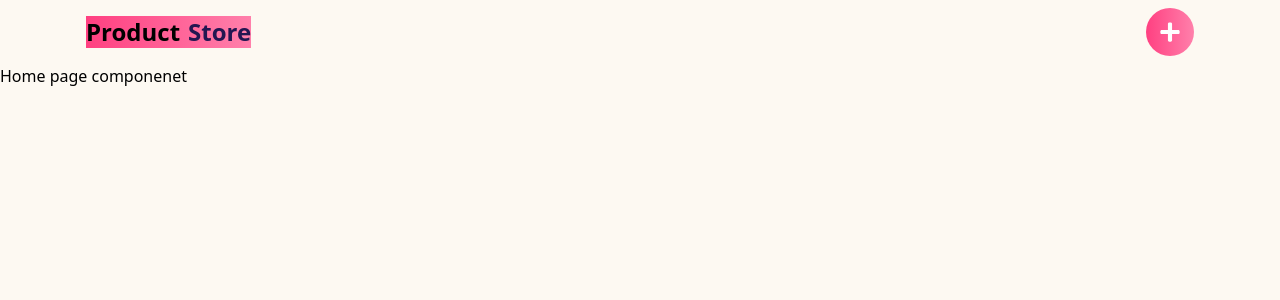
Repository: xarrkhan001/Mern-stack-Project
Page: / (app in frontend/)
The author's editor kept a copy of each file at every save. The page is drawn from the files as they stood at one save, then again after the next save.
The browser window is 1280 px wide. The pictures show the whole page.
The project was rebuilt for these pictures with package versions that can differ from the ones it lists, and the page was loaded fresh each time. Also part of the build but not shown: frontend/vite.config.js, frontend/src/pages/CreatePage.jsx.

Above is the page before, as saved 2025-03-05 14:44:19.

After the next save:
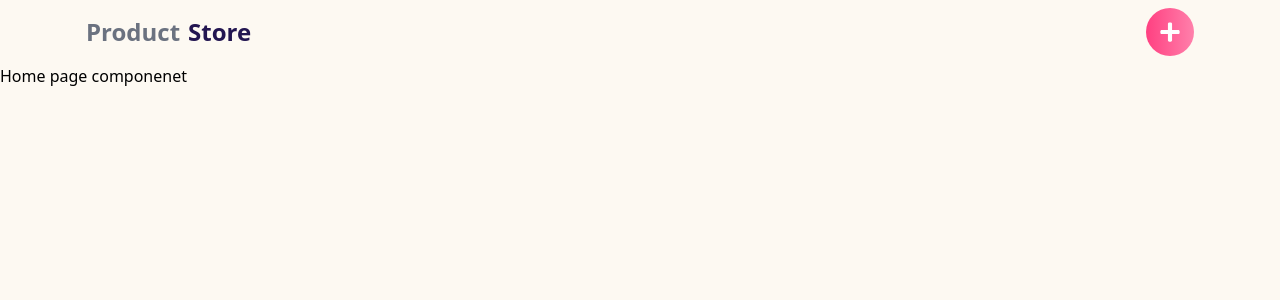
Saved 22 s later.
--- a/frontend/src/components/Navbar.jsx
+++ b/frontend/src/components/Navbar.jsx
@@ -11,9 +11,9 @@
           {/* Left side - ProductStore logo */}
           <Link
             to="/"
-            className="text-2xl font-bold text-gradient bg-gradient-to-r from-[#FF4081] to-[#FF80AB] hover:text-[#FF4081] flex items-center"
+            className="text-2xl font-bold text-[#3B82F6] hover:text-[#2563EB] flex items-center"
           >
-            <span className="mr-2">Product</span>
+            <span className="text-[#6B7280] mr-2">Product</span>
             <span className="text-[#231651]">Store</span>
           </Link>
 
